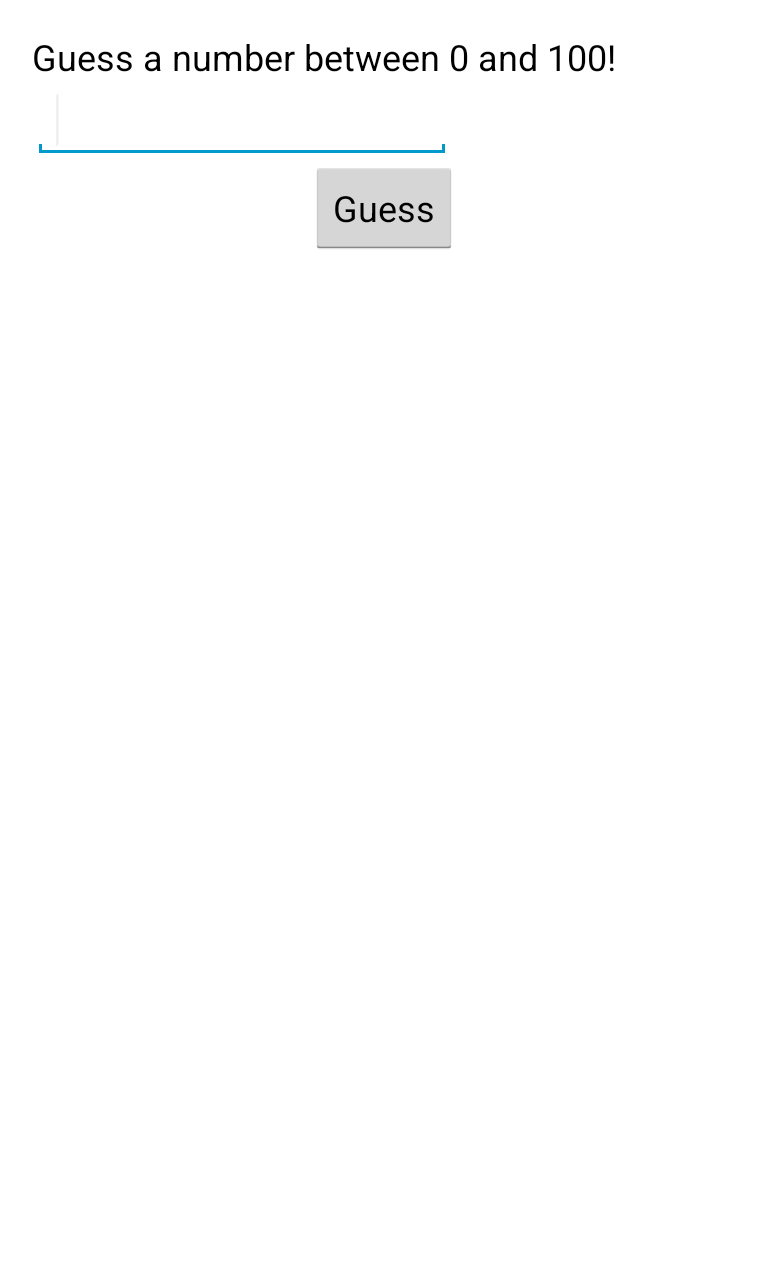
Repository: lethe13/AndroidProgramming
Layout: COMP304-Group1-MicroProject1/res/layout/activity_main_test_guessing_game.xml
An editor plug-in stored every save of this project. The layout is shown before and after the next save, followed by the edit.
It is drawn on a 768 x 1280 px phone screen (xhdpi) without system bars, with theme AppTheme; the app's code is not run.

Above is the layout before, as saved 2015-10-18 18:58:27.

After the next save:
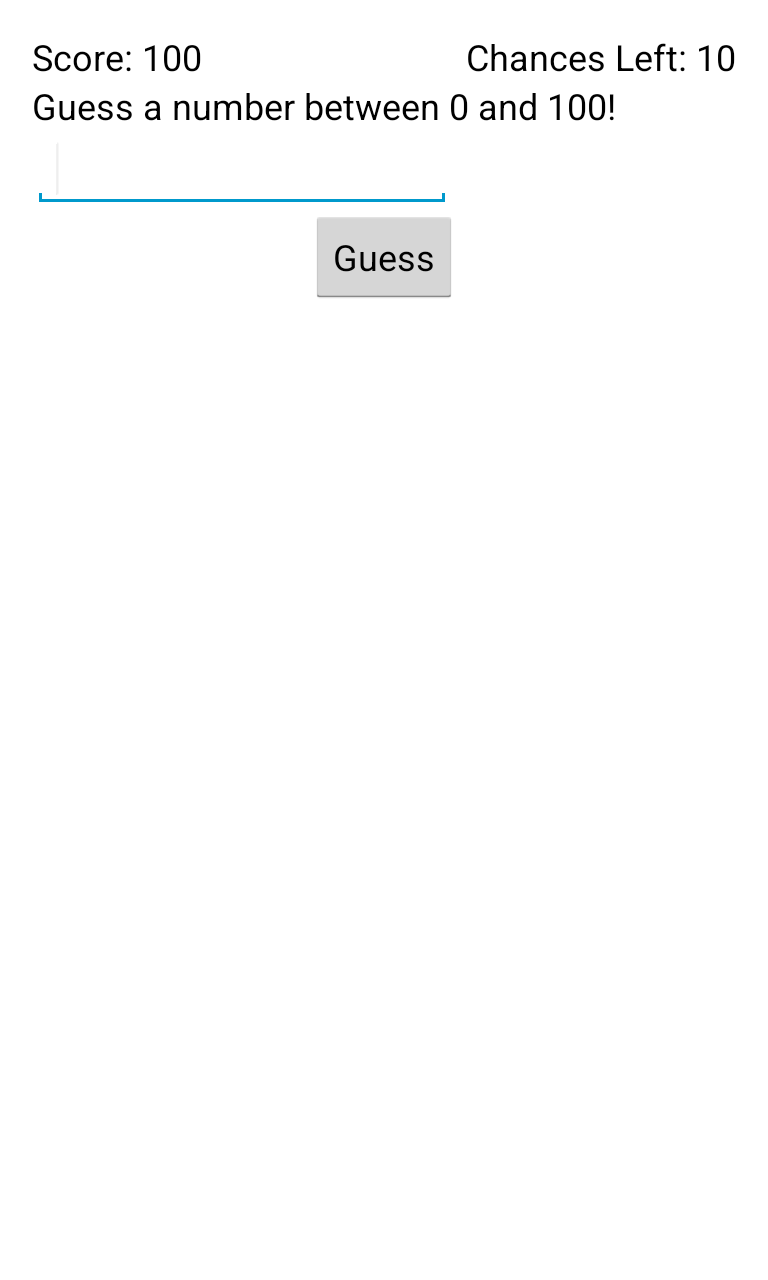
Saved 2 min 29 s later.
--- a/COMP304-Group1-MicroProject1/res/layout/activity_main_test_guessing_game.xml
+++ b/COMP304-Group1-MicroProject1/res/layout/activity_main_test_guessing_game.xml
@@ -8,10 +8,26 @@
     android:paddingTop="@dimen/activity_vertical_margin"
     tools:context="com.example.comp304_microproject1.MainTestGuessingGame" >
 
+     <TextView
+        android:id="@+id/lblScore"
+        android:layout_width="wrap_content"
+        android:layout_height="wrap_content"
+        android:text="Score: 100"
+        android:textAppearance="?android:attr/textAppearanceMedium" />
+
+     <TextView
+        android:id="@+id/lblChance"
+        android:layout_width="wrap_content"
+        android:layout_height="wrap_content"
+        android:text="Chances Left: 10"
+        android:layout_alignParentRight="true"
+        android:textAppearance="?android:attr/textAppearanceMedium" />
+
     <TextView
         android:id="@+id/lblInput"
         android:layout_width="wrap_content"
         android:layout_height="wrap_content"
+        android:layout_below="@+id/lblScore"
         android:text="Guess a number between 0 and 100!"
         android:textAppearance="?android:attr/textAppearanceMedium" />
 
